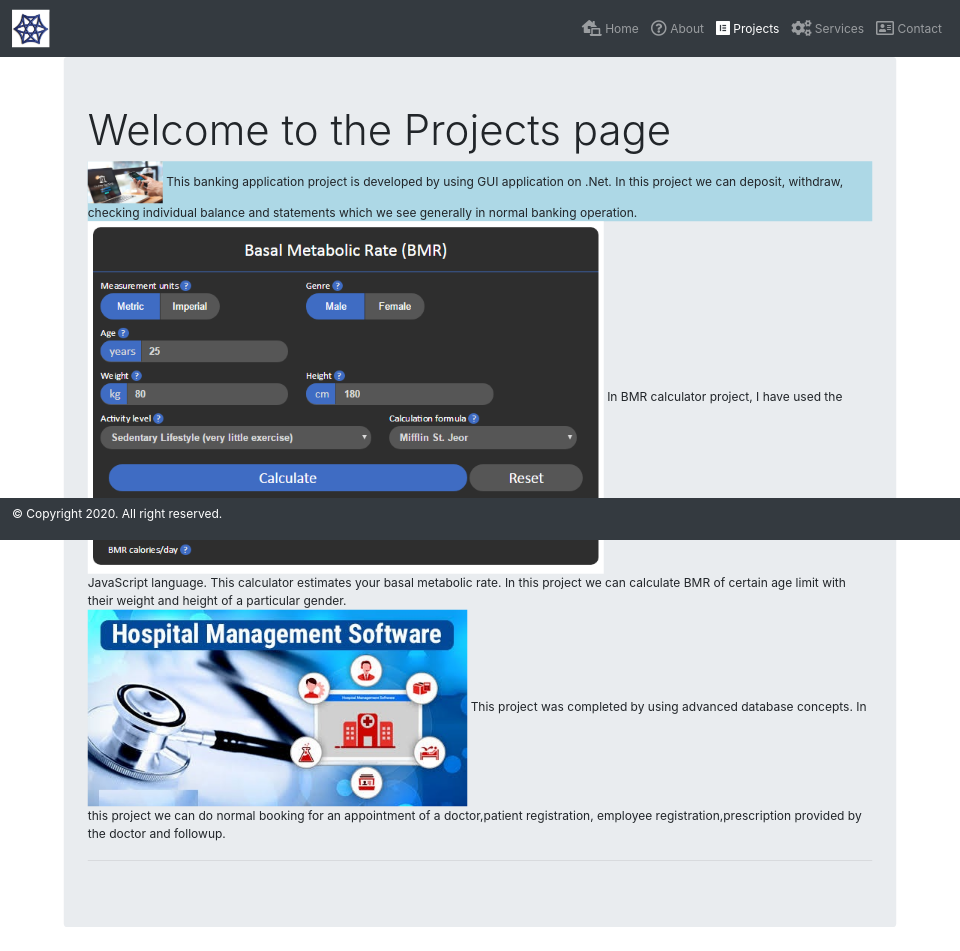
Repository: laxmangothe2020/COMP229Assignment
Page: http://localhost/projects
These files come from the project's save history. The page is drawn as it stood at one moment and after the next save; the edit follows.
The browser window is 1280 px wide. The pictures show the whole page, at 75% of full size.
The page is served by the project's Node server (server.js).

Above is the page before, as saved 2021-02-11 22:37:17.

After the next save:
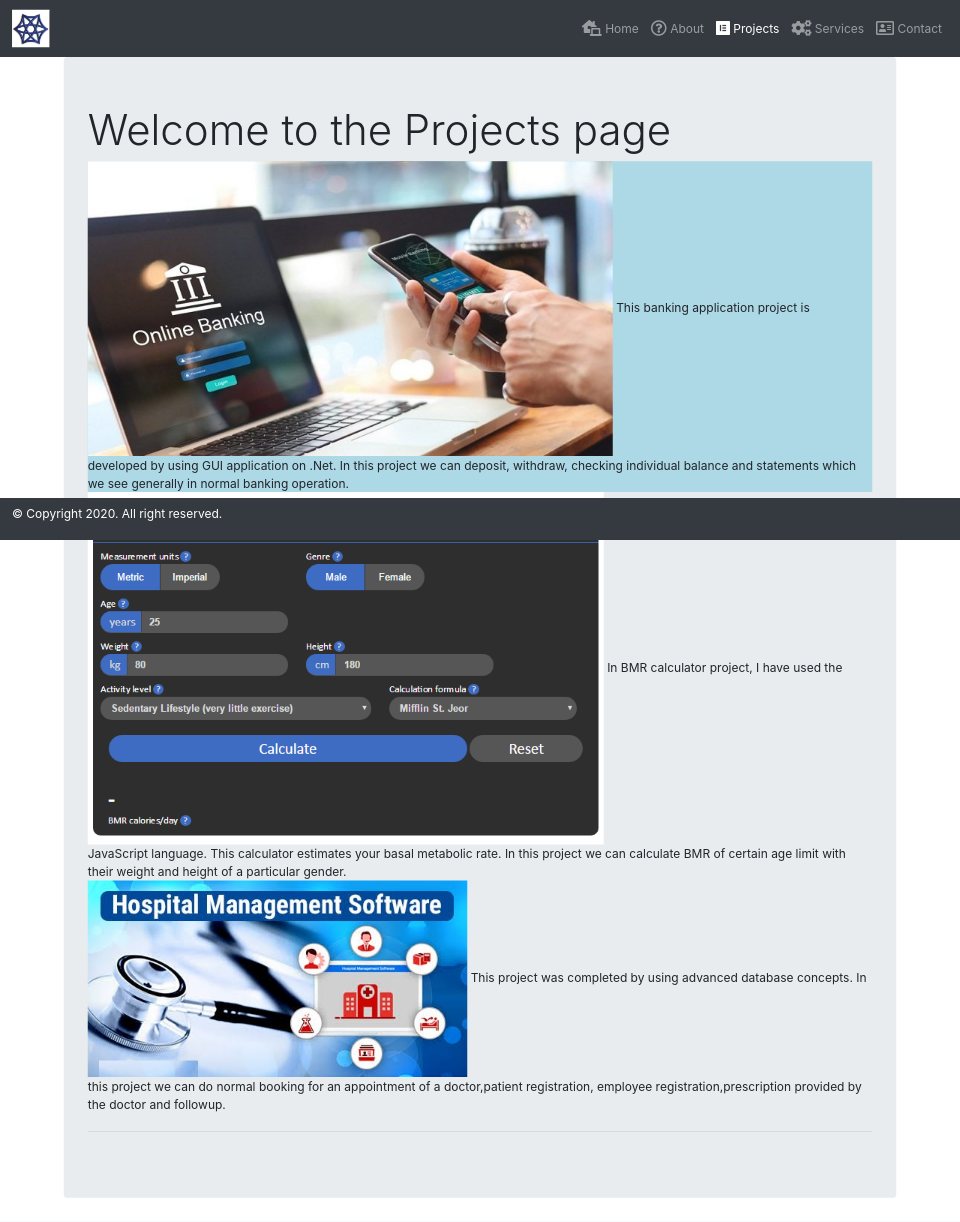
Saved 29 s later.
--- a/views/partials/projects.ejs
+++ b/views/partials/projects.ejs
@@ -2,7 +2,7 @@
     <div class="holdingContainer">
        <div style="background-color: lightblue; width: 100%; display: flex;box-sizing: border-box">
           <div class="contentEditable">
-              <img class = "designer" src="./Assets/images/banking.jpg" width = "100" />
+              <img class = "designer" src="./Assets/images/banking.jpg"  />
               This banking application project is developed by using GUI application on .Net. In this project we can deposit, withdraw, checking individual balance and statements which we see generally in normal banking operation.
             </div>
         </div>
